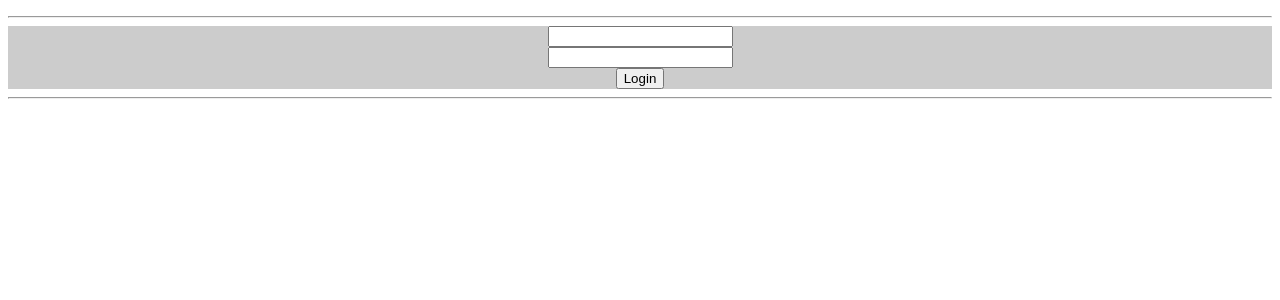
Repository: amirdt22/CT390_Project
Page: http://localhost/craig-project/
The author's editor kept a copy of each file at every save. The page is drawn from the files as they stood at one save, then again after the next save.
The browser window is 1280 px wide. The pictures show the whole page.
The page is served by Tomcat 9. Other server files are loaded and not shown.

Above is the page before, as saved 2012-04-22 12:46:26.

### craig-project/WebContent/index.jsp
<%@ page language="java" contentType="text/html; charset=UTF-8"
    pageEncoding="UTF-8"%>
<!DOCTYPE html PUBLIC "-//W3C//DTD HTML 4.01 Transitional//EN" "http://www.w3.org/TR/html4/loose.dtd">
<html>
<head>
<meta http-equiv="Content-Type" content="text/html; charset=UTF-8">
<title>Insert title here</title>
</head>
<body>
<center>
<p><hr>
<form style="background-color: #CCCCCC" action="Login" method="POST">
	<input type="text" name="username" id="username"/><br>
	<input type="password" name="password" id="password"/><br>
	<input type="submit" value="Login" id="loginSubmit"/>
</form>
<hr>
</center>
</body>
</html>

After the next save:
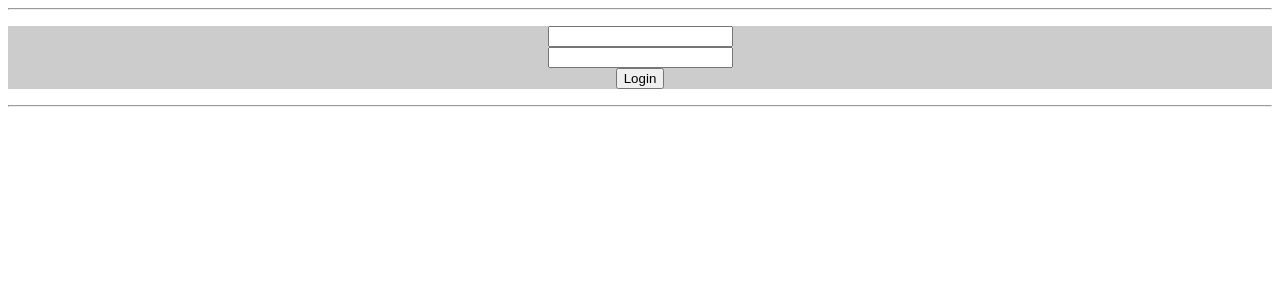
Saved 31 s later.
--- a/craig-project/WebContent/index.jsp
+++ b/craig-project/WebContent/index.jsp
@@ -8,11 +8,13 @@
 </head>
 <body>
 <center>
-<p><hr>
+<hr>
 <form style="background-color: #CCCCCC" action="Login" method="POST">
+<p>
 	<input type="text" name="username" id="username"/><br>
 	<input type="password" name="password" id="password"/><br>
 	<input type="submit" value="Login" id="loginSubmit"/>
+</p>
 </form>
 <hr>
 </center>
